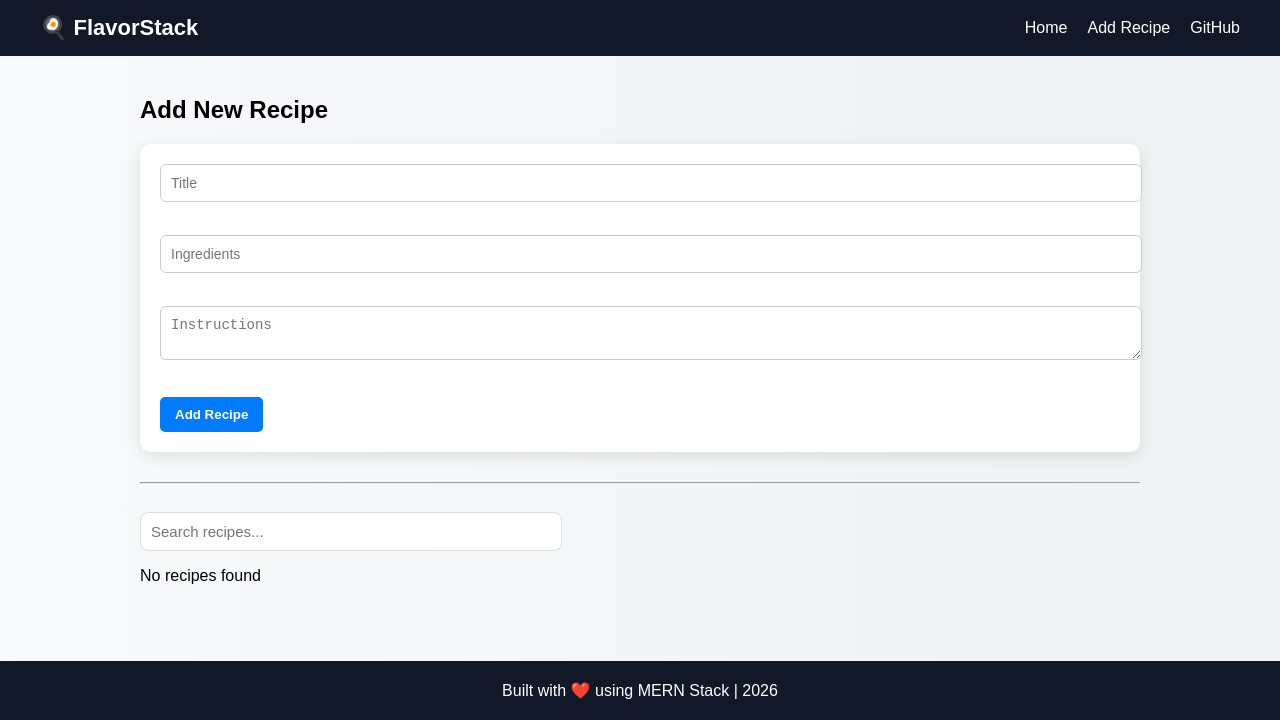
Repository: arshathdevo/recipeblogfrontend
Page: /
These files come from the project's save history. The page is drawn as it stood at one moment and after the next save; the edit follows.
The browser window is 1280 px wide. The pictures show the whole page.
The page's requests for data from a server got no answer. The project was rebuilt for these pictures with package versions that can differ from the ones it lists, and the page was loaded fresh each time. No one was signed in, and anything a server would have sent is missing.

Above is the page before, as saved 2026-02-14 12:49:48.

After the next save:
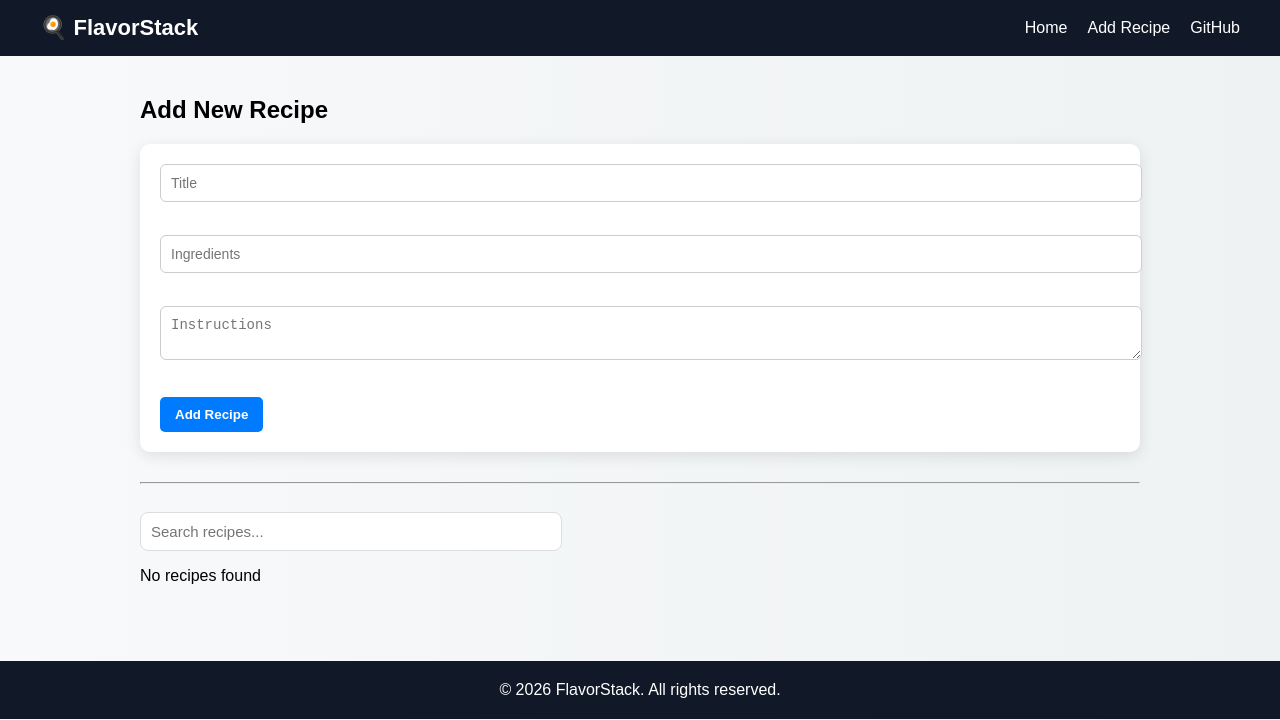
Saved 4 s later.
--- a/src/App.js
+++ b/src/App.js
@@ -280,7 +280,7 @@ const handleEdit = (recipe) => {
 
     </div>
     <footer className="footer">
-  Built with ❤️ using MERN Stack | 2026
+  © {new Date().getFullYear()} FlavorStack. All rights reserved.
 </footer>
 </>
   );
